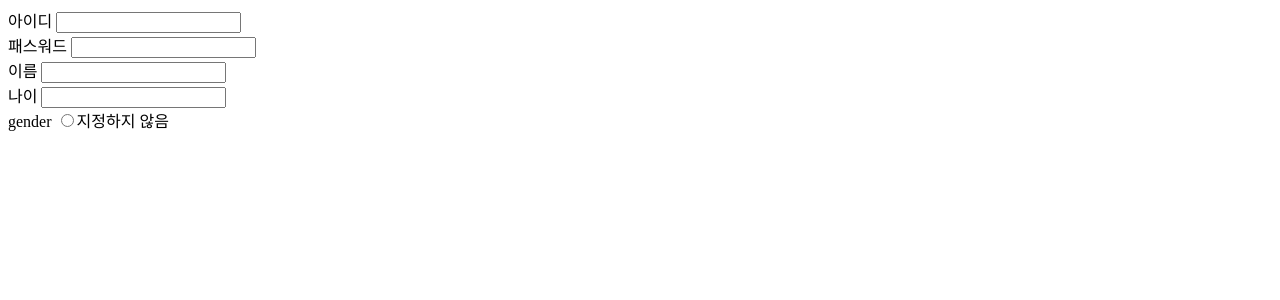
Repository: HwangEojin/homework
Page: http://localhost/day04_mybatis/
The author's editor kept a copy of each file at every save. The page is drawn from the files as they stood at one save, then again after the next save.
The browser window is 1280 px wide. The pictures show the whole page.
The page is served by Tomcat 9.

Above is the page before, as saved 2025-01-15 02:13:19.

After the next save:
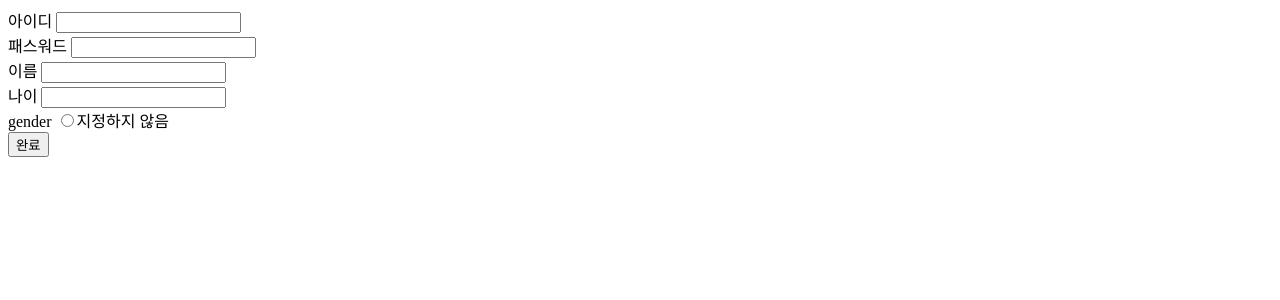
Saved 103 s later.
--- a/week09/day04_mybatis/src/main/webapp/index.jsp
+++ b/week09/day04_mybatis/src/main/webapp/index.jsp
@@ -36,7 +36,10 @@
 			<input type="radio" name="userGender">지정하지 않음<br>
 		</label>
 
+		<button>완료</button>
+
 	</form>
+
 
 </body>
 </html>
